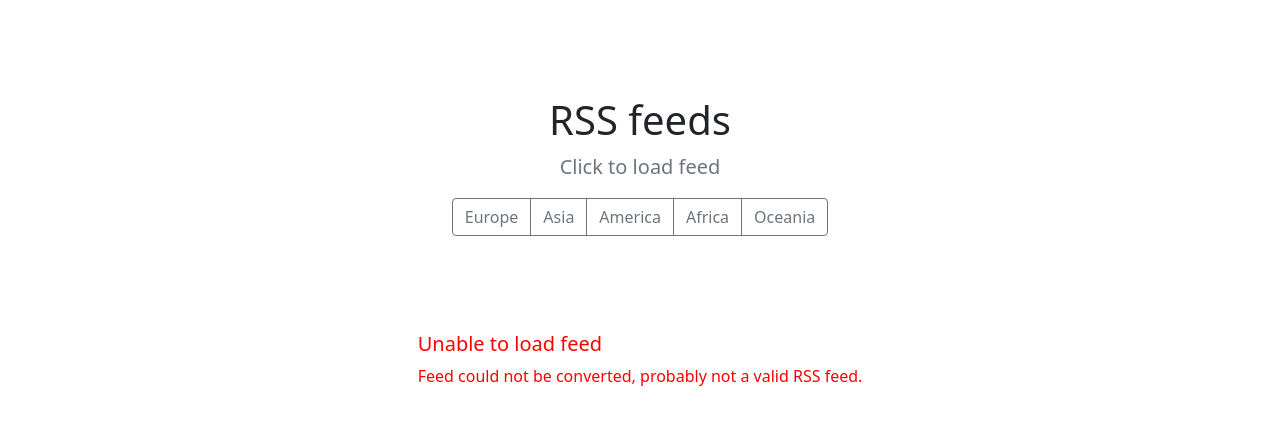
Repository: lilit1121/Templating-DOM-manipulation-and-data-processing
Page: africa.html
The author's editor kept a copy of each file at every save. The page is drawn from the files as they stood at one save, then again after the next save.
The browser window is 1280 px wide. The pictures show the whole page.
The page's requests for data from a server got no answer.

Above is the page before, as saved 2023-02-09 16:14:51.

### africa.html
<!DOCTYPE html>
<html lang="en">
   <head>
    <meta charset="UTF-8" />
    <meta http-equiv="X-UA-Compatible" content="IE=edge" />
    <meta name="viewport" content="width=device-width, initial-scale=1.0" />
    <link rel="stylesheet" href="styles.css" />
    <link
      href="https://cdn.jsdelivr.net/npm/bootstrap@5.0.2/dist/css/bootstrap.min.css"
      rel="stylesheet"
      integrity="sha384-EVSTQN3/azprG1Anm3QDgpJLIm9Nao0Yz1ztcQTwFspd3yD65VohhpuuCOmLASjC"
      crossorigin="anonymous"
    />
    <script
      src="https://cdn.jsdelivr.net/npm/bootstrap@5.0.2/dist/js/bootstrap.bundle.min.js"
      integrity="sha384-MrcW6ZMFYlzcLA8Nl+NtUVF0sA7MsXsP1UyJoMp4YLEuNSfAP+JcXn/tWtIaxVXM"
      crossorigin="anonymous"
    ></script>
    <title>Templating, DOM manipulation and data processing</title>
  </head>
  <body>
    <section class="py-5 text-center container">
      <div class="row py-lg-5">
        <div class="col-lg-6 col-md-8 mx-auto">
          <h1 class="fw-light">RSS feeds</h1>
          <p class="lead text-muted">Click to load feed</p>
          <div class="btn-group">
            <a href="./europe.html#" class="btn btn-outline-secondary">Europe</a>
            <a href="./asia.html#" class="btn btn-outline-secondary">Asia</a>
            <a href="./americas.html#" class="btn btn-outline-secondary"
              >America</a
            >
            <a href="./africa.html#" class="btn btn-outline-secondary"
              >Africa</a
            >
            <a href="./oceania.html#" class="btn btn-outline-secondary"
              >Oceania</a
            >
          </div>
        </div>
      </div>
    </section>


    <!-- Loading state UI -->
    <div id="loadding" class="visually-hidden">
      <svg
      xmlns="http://www.w3.org/2000/svg"
      xmlns:xlink="http://www.w3.org/1999/xlink"
      style="margin: auto; background: #fff; display: block"
      width="200px"
      height="200px"
      viewBox="0 0 100 100"
      preserveAspectRatio="xMidYMid"
    >
      <circle
        cx="50"
        cy="50"
        r="32"
        stroke-width="8"
        stroke="#416cff"
        stroke-dasharray="50.26548245743669 50.26548245743669"
        fill="none"
        stroke-linecap="round"
      >
        <animateTransform
          attributeName="transform"
          type="rotate"
          repeatCount="indefinite"
          dur="1s"
          keyTimes="0;1"
          values="0 50 50;360 50 50"
        ></animateTransform>
      </circle>
    </svg>
  </div>

    <!-- Error state UI -->
    <div id="error">
      <div>
      <h5>Unable to load feed</h5>
      <!-- Show error message, if applicable -->
      Feed could not be converted, probably not a valid RSS feed.<br />
    </div>
  </div>
    <!-- Pagination -->
    <div  id="main_container" class="container">
    <section class="py-5 text-center container">
      <div class="row py-lg-5">
        <nav>
          <ul class="pagination">
            <li class="page-item disabled">
              <a class="page-link">Previous</a>
            </li>
            <li class="page-item active">
              <a class="page-link" href="#">1</a>
            </li>
            <li class="page-item">
              <a class="page-link" href="#">2</a>
            </li>
            <li class="page-item"><a class="page-link" href="#">3</a></li>
            <li class="page-item">
              <a class="page-link" href="#">Next</a>
            </li>
          </ul>
        </nav>
      </div>
    </section>

      <!-- Feed (Show no more than 5 posts per page) -->
      <div
       id="content_section"
        class="row row-cols-1 row-cols-sm-2 row-cols-md-3 g-3"
      ></div>


    <!-- Pagination -->
    <section class="py-5 text-center container">
      <div class="row py-lg-5">
        <nav>
          <ul class="pagination">
            <li class="page-item disabled">
              <a class="page-link">Previous</a>
            </li>
            <li class="page-item active">
              <a class="page-link" href="#">1</a>
            </li>
            <li class="page-item">
              <a class="page-link" href="#">2</a>
            </li>
            <li class="page-item"><a class="page-link" href="#">3</a></li>
            <li class="page-item">
              <a class="page-link" href="#">Next</a>
            </li>
          </ul>
        </nav>
      </div>
    </div>
    </section>
    <script src="./script.js"></script>
  </body>
</html>

### styles.css

.card-text {
    display: -webkit-box;
    -webkit-box-orient: vertical;
    -webkit-line-clamp: 4;
    overflow: hidden;
  }
#error{
  display: none;
  justify-content: center;
  color: red;
}

### script.js
const main_container = document.getElementById("main_container");
const content_section = document.getElementById("content_section");
const page_item = document.querySelectorAll(".page-item");
const loadding = document.getElementById("loadding");
const error = document.getElementById("error");
let countriesData;
let sliceStart = 0;
let currentPage = 1;



page_item.forEach((el) => {
  el.addEventListener("click", (event) => {
    changePage(event);
  });
});

function changePage(e) {
  if (e.target.innerText === "Next" && sliceStart < 10) {
    sliceStart += 5;
    currentPage = (sliceStart - 5) / 5 + 2;
  } else if (e.target.innerText === "Previous" && sliceStart > 0) {
    sliceStart -= 5;
    currentPage = (sliceStart + 5) / 5;
  } else if (
    e.target.innerText === "1" ||
    e.target.innerText === "2" ||
    e.target.innerText === "3"
  ) {
    currentPage = +e.target.innerText;
    sliceStart = (+e.target.innerText - 1) * 5;
  }
  page_item.forEach((el) => {
    el.classList.remove("active");
    el.classList.remove("disabled");
    if (currentPage === +el.innerText) el.classList.add("active");
    else if (currentPage === 1 && el.innerText === "Previous")
      el.classList.add("disabled");
    else if (currentPage === 3 && el.innerText === "Next")
      el.classList.add("disabled");
  });
  showCountrys(countriesData, sliceStart);
}

function showCountrys(countriesData, sliceStart) {
  let countrys = countriesData.slice(sliceStart, sliceStart + 5);
  content_section.innerHTML = "";
  for (let i = 0; i < countrys.length; i++) {
    content_section.innerHTML += `<div id="content_section" class="col">
    <div class="card shadow-sm">
      <img src=${countrys[i].flags.png} />
      <div class="card-body">
        <h4>
          Country: ${countrys[i].name.official}
        </h4>
        <h5>
          Country: ${countrys[i].capital ? countrys[i].capital[0] : undefined}
        </h5>
        <p class="card-text">
          <small
            >Population: ${countrys[i].population}</small
          >
        </p>
        <p><a href="#">Read more &rarr;</a></p>
        <div class="d-flex justify-content-between align-items-center">
          <!-- Format date appropriately as per browser/device region format -->
          <small class="text-muted">Dec 10, 2021</small>
        </div>
      </div>
    </div>
    </div>  `;
  }
}

(async function getCountriesDataByRegion() {
  loadding.style.display = "contents";
  main_container.style.display = "none";
  await fetch(
    `https://restcountries.com/v3.1/region/${
      window.location.pathname.slice(1).split(".")[0]
    }`
  )
    .then((res) => res.json())
    .then((data) => {
      countriesData = data.slice(0, 15);
      showCountrys(countriesData, sliceStart);
      main_container.style.display = "block";
    })
    .catch(() => (error.style.display = "flex"));

  loadding.style.display = "none";
})();

After the next save:
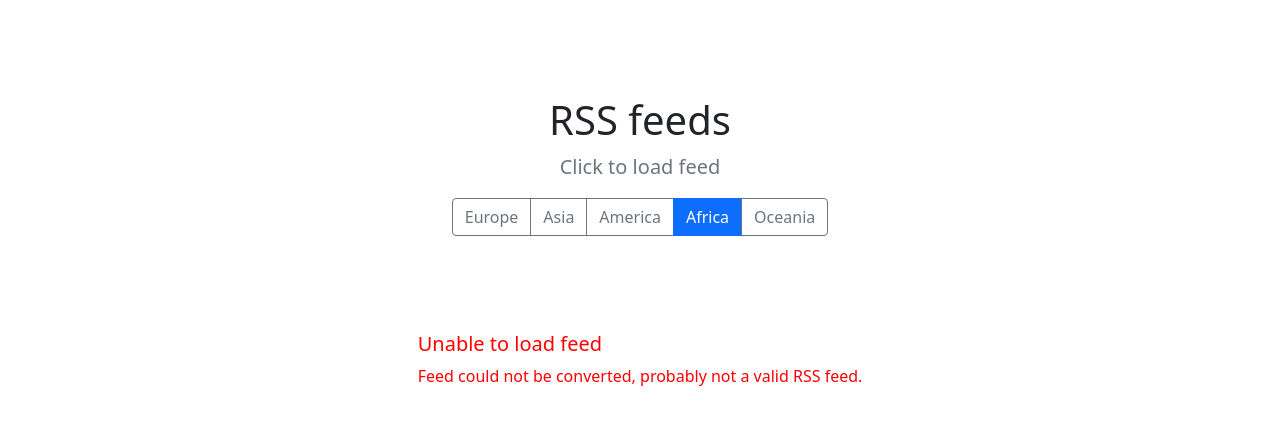
Saved 9 s later.
--- a/africa.html
+++ b/africa.html
@@ -30,7 +30,7 @@
             <a href="./americas.html#" class="btn btn-outline-secondary"
               >America</a
             >
-            <a href="./africa.html#" class="btn btn-outline-secondary"
+            <a href="./africa.html#" class="btn btn-primary"
               >Africa</a
             >
             <a href="./oceania.html#" class="btn btn-outline-secondary"
